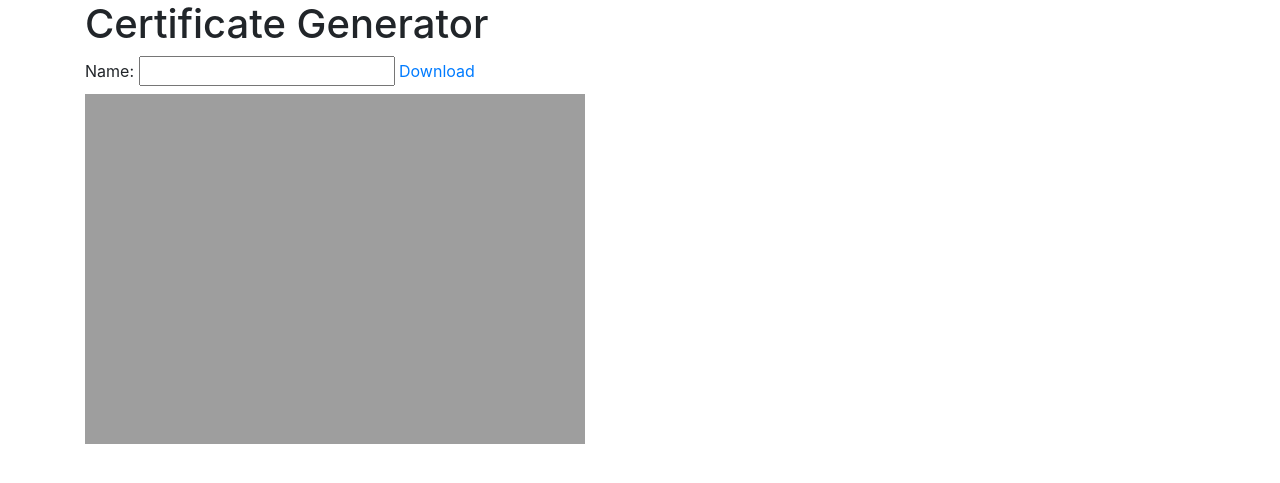
Repository: MrSyntax31/certificategenofficial.github.io
Page: src/main.html
These files come from the project's save history. The page is drawn as it stood at one moment and after a run of saves; the edit follows.
The browser window is 1280 px wide. The pictures show the whole page.

Above is the page before, as saved 2021-05-24 17:03:10.

After the next 2 saves:
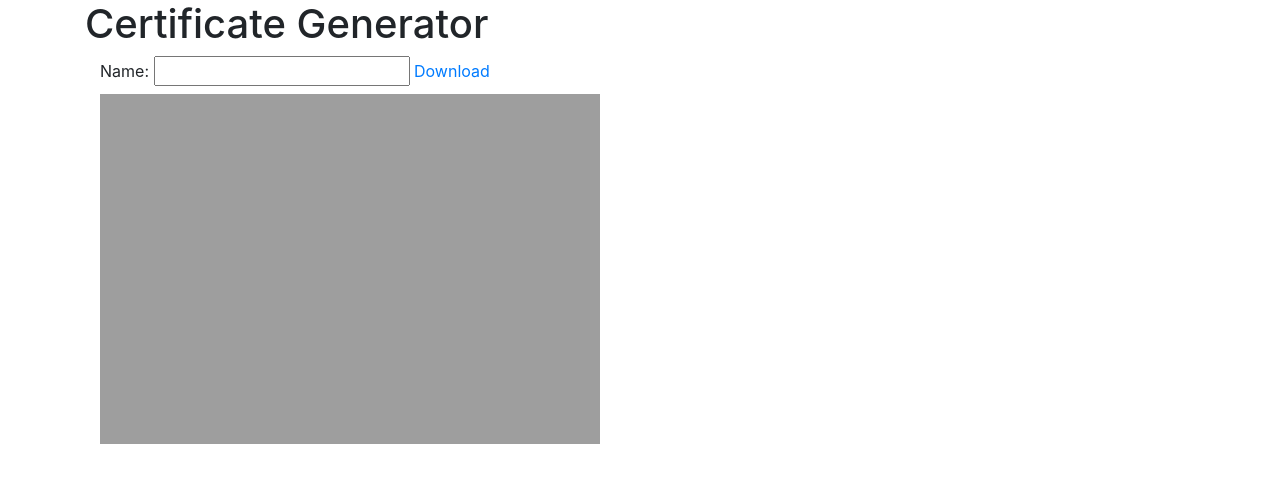
The 2 saves are shown as one change because they came seconds apart.
The last was saved 6 s later.
--- a/src/main.html
+++ b/src/main.html
@@ -12,7 +12,7 @@
 <body>
     <div class="container">
         <h1>Certificate Generator</h1>
-        <div class>
+        <div class="container">
             <label>
                 Name:
                 <input id="name" type='text'>
